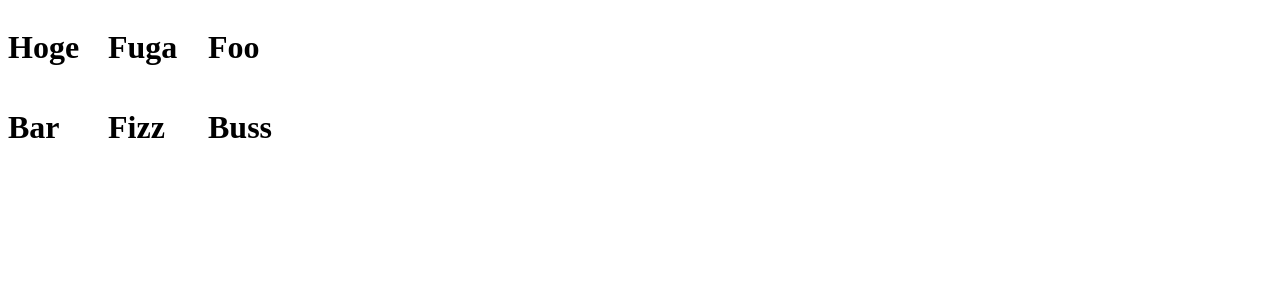
Repository: YN-program/samurai_HTML-CSS
Page: New Folder/Untitled1.html
The author's editor kept a record of every edit. The page is drawn from the files as they stood at one moment, then again after the next edit.
The browser window is 1280 px wide. The pictures show the whole page.

Above is the page before.

After the next edit:
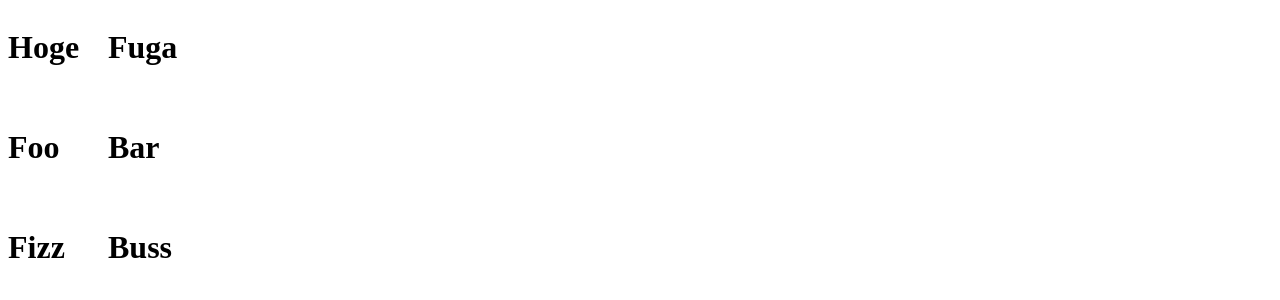
The edit:
--- a/New Folder/Untitled1.html
+++ b/New Folder/Untitled1.html
@@ -3,7 +3,8 @@
         <style>
             #grid {
                 display: grid;
-               grid-template-columns: 100px 100px 100px;
+               grid-template-columns: 100px 100px;
+               grid-template-rows: 100px 100px 100px;
             }
         </style>
     </head>
